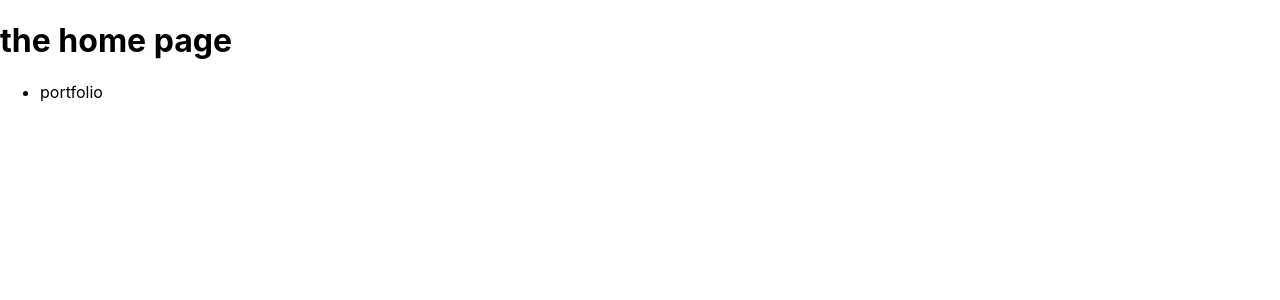
Repository: akdlsz21/nextjs-file-routing-practice
Page: /
These files come from the project's save history. The page is drawn as it stood at one moment and after the next save; the edit follows.
The browser window is 1280 px wide. The pictures show the whole page.
The project was rebuilt for these pictures with package versions that can differ from the ones it lists, and the page was loaded fresh each time. The framework's server and built-in components were replaced by stand-ins that run in the browser. Also part of the build but not shown: next.config.js.

Above is the page before, as saved 2022-06-23 18:34:15.

After the next save:
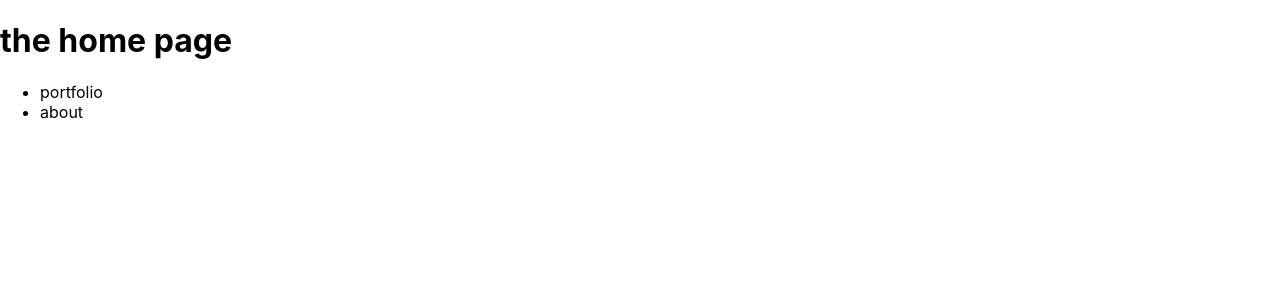
Saved 80 s later.
--- a/pages/index.js
+++ b/pages/index.js
@@ -8,6 +8,9 @@ function HomePage() {
 				<li>
 					<Link href="/portfolio">portfolio</Link>
 				</li>
+				<li>
+					<Link href="/about">about</Link>
+				</li>
 			</ul>
 		</div>
 	);
